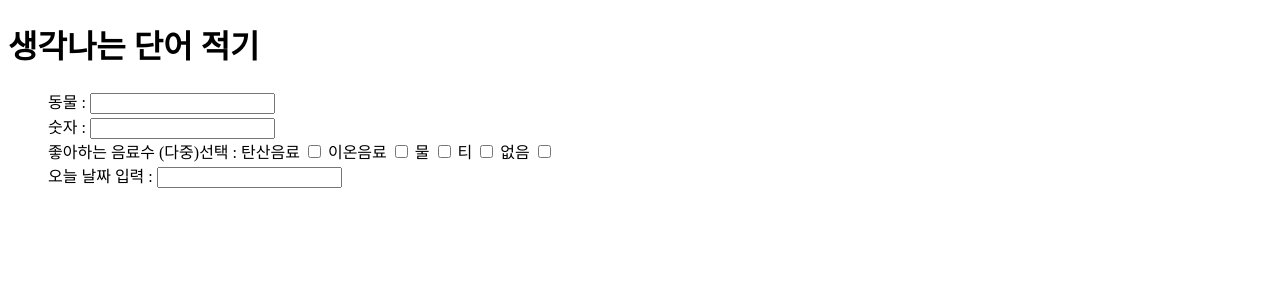
Repository: ham-zi/front-practice
Page: dynamic-workspace/MyFirstWebProject/src/main/webapp/views/request_get2.html
The author's editor kept a copy of each file at every save. The page is drawn from the files as they stood at one save, then again after the next save.
The browser window is 1280 px wide. The pictures show the whole page.

Above is the page before, as saved 2026-05-04 08:20:18.

### dynamic-workspace/MyFirstWebProject/src/main/webapp/views/request_get2.html
<!DOCTYPE html>
<html>
<head>
<meta charset="UTF-8">
<title>Insert title here</title>

<style>
	ul{
		list-style : none;
		list-height : 200%;
	}
</style>

</head>
<body>


	<form method="get" action="second.do">
			<h1>생각나는 단어 적기</h1>
		<ul>
			<li>
				동물 : <input type="text" name="animal"/>
			</li>
			<li>
				숫자 : <input type="number" name="number"/>
			</li>
			<li>
				좋아하는 음료수 (다중)선택 :
				탄산음료 <input type="checkbox" name="drink" value="탄산음료"/>
				이온음료 <input type="checkbox" name="drink" value="이온음료"/>
				물     <input type="checkbox" name="drink" value="물"/>
				티     <input type="checkbox" name="drink" value="티"/>
				없음    <input type="checkbox" name="drink" value="없음"/>
			</li>
			<li>
				오늘 날짜 입력 : <input type="text" name="date"/>
			</li>
			<li>
			</li>
			<li></li>
			<li></li>
			<li></li>
			<li></li>
			<li></li>

		</ul>
	</form>







</body>
</html>

After the next save:
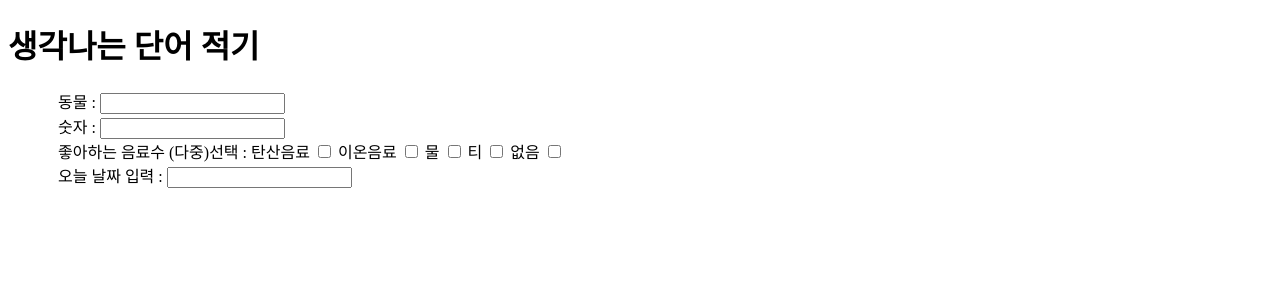
Saved 17 s later.
--- a/dynamic-workspace/MyFirstWebProject/src/main/webapp/views/request_get2.html
+++ b/dynamic-workspace/MyFirstWebProject/src/main/webapp/views/request_get2.html
@@ -8,6 +8,7 @@
 	ul{
 		list-style : none;
 		list-height : 200%;
+		margin : 0px 10px;
 	}
 </style>
 

After the save that followed:
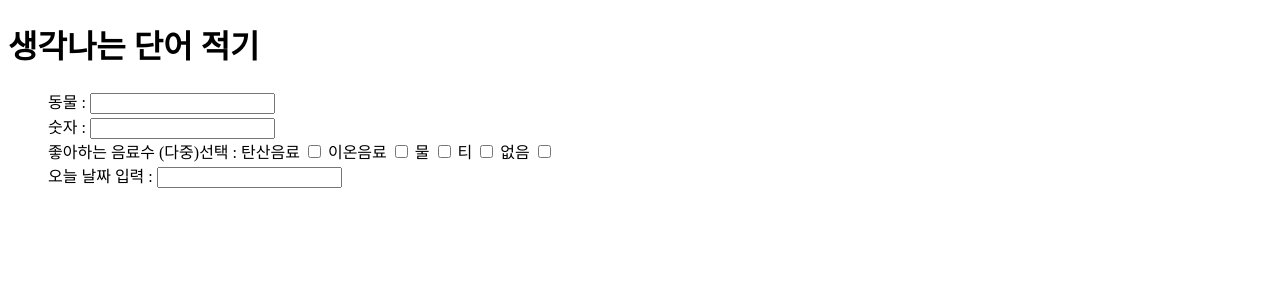
Saved 10 s later.
--- a/dynamic-workspace/MyFirstWebProject/src/main/webapp/views/request_get2.html
+++ b/dynamic-workspace/MyFirstWebProject/src/main/webapp/views/request_get2.html
@@ -8,7 +8,7 @@
 	ul{
 		list-style : none;
 		list-height : 200%;
-		margin : 0px 10px;
+		margin : 10px 0px;
 	}
 </style>
 
